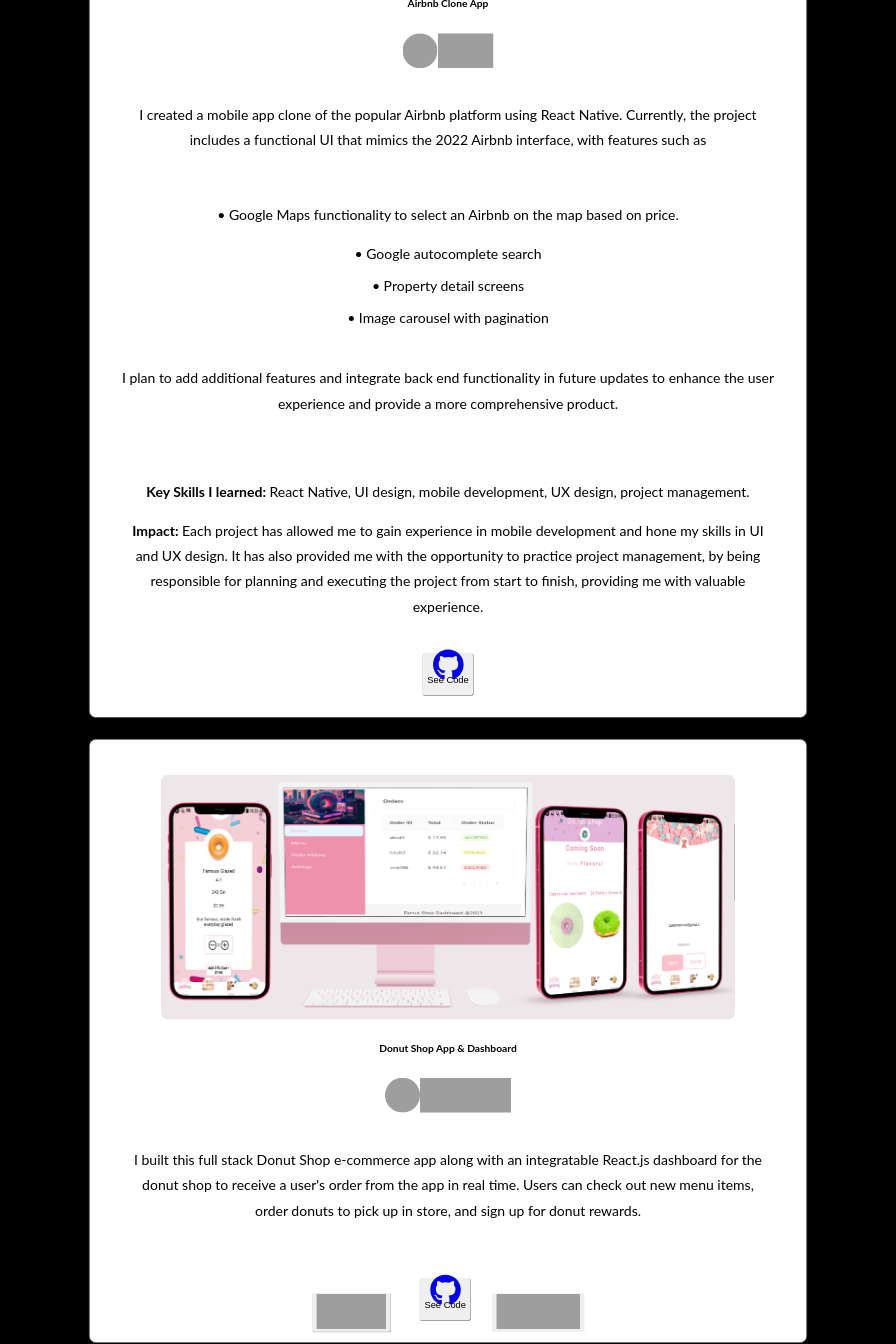
Repository: JamesPesenti/portfolio
Page: /
The author's editor kept a copy of each file at every save. The page is drawn from the files as they stood at one save, then again after the next save.
The browser window is 1280 px wide. The pictures show the part of the page from y = 1931 to 3851 px (the page is 6929 px tall), at 70% of full size.
Pictures or frames that could not be fetched are drawn as grey boxes. The project was rebuilt for these pictures with package versions that can differ from the ones it lists, and the page was loaded fresh each time. Imported but missing from the stored project, and not drawn on this page: src/Components/James Pesenti Resume 2023.pdf.

Above is the page before, as saved 2023-05-06 09:45:10.

### public/index.html
<!DOCTYPE html>
<html lang="en">
  <head>
    <meta charset="utf-8" />
    <link rel="" href="" />
    <meta name="viewport" content="width=device-width, initial-scale=1" />
    <meta name="theme-color" content="#000000" />
    <meta name="description" content="James Pesenti Portfolio 2022" />
    <link rel="apple-touch-icon" href="" />
    <link rel="manifest" href="%PUBLIC_URL%/manifest.json" />

    <title>Portfolio 2023</title>

  </head>
  <body>
    <div id="root"></div>
  </body>
</html>

### src/Components/Navbar.jsx
import React, {Component} from 'react'
import { FaGithub } from "react-icons/fa";
import { FaEnvelope } from "react-icons/fa";
import { FaFile } from "react-icons/fa";
import Pdf from "../Components/James Pesenti Resume 2023.pdf"


const Navbar = () => {
  return (
    <>
          <div className="navbar flex">
            <div className="container">
                <nav>
                  <ul style={{textAlign: "center", marginTop: 70, position: 'relative', left: 0, top: -2}}>
                    <li>
                      <a className="App-link"  href="mailto:jamespesenti91@gmail.com" target="_blank" rel="noopener noreferrer">
                      <FaEnvelope size={35} style={{display: "flex", textAlign: "center", marginLeft: 10}}/>
                          Contact
                      </a>
                    </li>
                    <li>
                      <a className="App-link" href="https://github.com/JamesPesenti" target="_blank" rel="noopener noreferrer">
                        <FaGithub size={35} style={{display: "flex", textAlign: "center", marginLeft: 10}} />
                        GitHub
                      </a>
                    </li>
                    <li>
                      <a className="App-link" href={Pdf} target="_blank" rel="noopener noreferrer">
                        <FaFile size={35} style={{display: "flex", textAlign: "center", marginLeft: 10}} />
                        Resume
                      </a>
                    </li>
                  </ul>
                </nav>
                {/* <h4 style={{color: "white", textAlign: 'center', marginBottom:-440}}>
                  See my work below and send a message to get in touch
                </h4> */}
            </div>
          </div>
    </>
  )
}

export default Navbar

### src/Components/AboutMe.jsx
import React from 'react'
import { FontAwesomeIcon } from '@fortawesome/react-fontawesome'
import { FaGithub } from "react-icons/fa";
import { FaMapPin } from "react-icons/fa";

const AboutMe = () => {
  return (
    <>

        <div style={{justifyContent: "center", textAlign: "center", color: "white", padding: 50,}}>
            {/* Spinning image  */}
            {/* <img style={{padding: 10, borderRadius: "50%", width: 200, height: 200,}} src="/images/IMG_1619.jpg" className="App-logo" alt="logo" /> */}
            <img style={{padding: 10, borderRadius: "50%", width: 200, height: 200,}} src="/images/IMG_1619.jpg" alt="logo" />
            <h1>I'm James Pesenti</h1>
            <h2>a Software Developer building mobile apps and websites</h2>
              <FaMapPin size={20} style={{position: "relative", top: 5, right: 65, }} />
              <h3 style={{marginTop: -24}}> Chicago, IL</h3>
        </div>

</>
  )
}

export default AboutMe

### src/Components/Scroll.jsx
import React from 'react'
import '../CSS/App.css';


const Scroll = () => {

  return (
    <>

        <div style={{marginBottom: 400, justifyContnent: 'center'}} id="section09" class="demo">
          <a href="#parallaxContainer">
            <span></span>
            Scroll down to see my work
          </a>
        </div>

    </>
  )
}

export default Scroll

### src/Components/MyProjects.jsx
import UberGoogleButton from "../Components/UberGoogleButton"
import AstonGoogleButton from "./AstonGoogleButton"
import AstonAppleButton from "./AstonAppleButton"
import BarceGoogleButton from "../Components/BarceGoogleButton"
import BarceAppleButton from "./BarceAppleButton"
import { FaGithub } from "react-icons/fa";

const MyProjects = () => {
  return (

  <>
    <div id="parallaxContainer">

    {/* Airbnb Clone */}
    <div style={{ justifyContent: 'center', alignItems: 'center',  width: "80%", borderRadius: 10}} className="box">
            <div>
                <img style={{ borderRadius: 10, marginTop: 50, marginBottom: -35, width: "48%", height: 350, transition: ".7s", }} src="images/mockrocket-capture (11).png" />
            </div>
            <h4 style={{textAlign: 'center'}}>Airbnb Clone App</h4>
                <div style={{flexDirection: "row", padding: 10, borderRadius: 10, marginBottom: -40,}}>
                  <img style={{width: 50, height: 50, borderRadius: 50}} src="https://i.pinimg.com/originals/8a/02/1a/8a021aa097236b42dd71fb731e3d894d.gif"/>
                  <img style={{width: 80, height: 50, }} src="https://www.datocms-assets.com/45470/1631026680-logo-react-native.png"  />
                  {/* <img style={{width: 50, height: 50, }} src="https://pbs.twimg.com/profile_images/1114309924551417856/FKA4cm2x_400x400.png"  /> */}
                </div>
            <p style={{fontSize: 20, textAlign: 'center', padding: 50, marginBottom: 0}}>I created a mobile app clone of the popular Airbnb platform using React Native. Currently, the project includes a functional UI that mimics the 2022 Airbnb interface, with features such as</p>
            <p style={{fontSize: 20, paddingHorizontal: 0}}> &#8226; Google Maps functionality to select an Airbnb on the map based on price.</p>
            <p style={{fontSize: 20, padding: 0, marginBottom: -10}}>&#8226; Google autocomplete search</p>
            <p style={{fontSize: 20, padding: 0, marginBottom: -10}}>&#8226; Property detail screens</p>
            <p style={{fontSize: 20,  padding: 0, marginBottom: -10}}>&#8226; Image carousel with pagination</p>
            <p style={{fontSize: 20, textAlign: 'center', padding: 40}}>I plan to add additional features and integrate back end functionality in future updates to enhance the user experience and provide a more comprehensive product.</p>
            <p style={{fontSize: 20, textAlign: 'center', padding: 30, marginBottom: -80}}><b> Key Skills I learned: </b>React Native, UI design, mobile development, UX design, project management.</p>
            <p style={{fontSize: 20, textAlign: 'center', padding: 50}}><b> Impact: </b> Each project has allowed me to gain experience in mobile development and hone my skills in UI and UX design. It has also provided me with the opportunity to practice project management, by being responsible for planning and executing the project from start to finish, providing me with valuable experience.</p>

            <div style={{flexDirection: "row"}}>
                {/* <UberGoogleButton  /> */}
                <button style={{marginTop: 10}} type="button" className="codeButton">
                  <a href="https://github.com/JamesPesenti/Airbnb" target="_blank" rel="noopener noreferrer">
                    <FaGithub  size={45} style={{ marginTop: -80, marginBottom: -25, justifyContent: "center", textAlign: "center"}} />
                  </a>
                  <p>See Code</p>
                </button>
                {/* <AstonAppleButton  /> */}
            </div>

        </div>


     {/* Donut Shop App */}
     <div style={{marginTop: 30, marginBottom: 20, justifyContent: 'center', alignItems: 'center',  width: "80%", borderRadius: 10}} className="box">
            <div>
                <img style={{ borderRadius: 10, marginTop: 50, width: "80%", height: 350, transition: ".7s", }} src="/images/appAndDashMock.png" />
            </div>
            <h4 style={{textAlign: 'center'}}>Donut Shop App & Dashboard</h4>
                <div style={{flexDirection: "row", padding: 10, borderRadius: 10, marginBottom: -40,}}>
                  <img style={{width: 50, height: 50, borderRadius: 50}} src="https://i.pinimg.com/originals/8a/02/1a/8a021aa097236b42dd71fb731e3d894d.gif"/>
                  <img style={{width: 80, height: 50, }} src="https://www.datocms-assets.com/45470/1631026680-logo-react-native.png"  />
                  <img style={{width: 50, height: 50, }} src="https://pbs.twimg.com/profile_images/1114309924551417856/FKA4cm2x_400x400.png"  />
                </div>
            <p style={{fontSize: 20,textAlign: 'center', padding: 50}}>I built this full stack Donut Shop e-commerce app along with an integratable React.js dashboard for the donut shop to receive a user's order from the app in real time. Users can check out new menu items, order donuts to pick up in store, and sign up for donut rewards.</p>

            <div style={{flexDirection: "row"}}>
                <UberGoogleButton  />
                <button style={{marginTop: 40}} type="button" className="codeButton">
                  <a href="https://github.com/JamesPesenti/Donut_Shop" target="_blank" rel="noopener noreferrer">
                    <FaGithub  size={45} style={{ marginTop: -80, marginBottom: -25, justifyContent: "center", textAlign: "center"}} />
                  </a>
                  <p>See Code</p>
                </button>
                <AstonAppleButton  />
            </div>

        </div>


    {/* Uber Eats App */}
    <div style={{marginTop: 80, marginBottom: 60, justifyContent: 'center', alignItems: 'center',  width: "80%", borderRadius: 10}} className="box">
            <div className="imgWrapper" style={{width: 480, height: 350}}>
                <img style={{ borderRadius: 5, marginTop: 50, width: "100%", height: 300, transition: ".7s", }} src="/images/UberEatsLast.png" />
            </div>
            <h4 style={{textAlign: 'center'}}>Uber Eats Clone App</h4>
                <div style={{flexDirection: "row", padding: 10, borderRadius: 10, marginBottom: -40,}}>
                  <img style={{width: 50, height: 50, borderRadius: 50}} src="https://i.pinimg.com/originals/8a/02/1a/8a021aa097236b42dd71fb731e3d894d.gif"/>
                  <img style={{width: 80, height: 50, }} src="https://www.datocms-assets.com/45470/1631026680-logo-react-native.png"  />
                  <img style={{width: 50, height: 50, }} src="https://pbs.twimg.com/profile_images/1114309924551417856/FKA4cm2x_400x400.png" />
                </div>
            <p style={{fontSize: 20,textAlign: 'center', padding: 50}}>A full stack React Native app inspired by the UberEats user app. I utilized AWS Amplify's datastore to configure the back end to query and save customer's orders and used Amazon Cognito for user registration, authentication, & account recovery.</p>

            <div style={{flexDirection: "row"}}>
                <UberGoogleButton  />
                <button style={{marginTop: 40}} type="button" className="codeButton">
                  <a href="https://github.com/JamesPesenti/UberEatsClone" target="_blank" rel="noopener noreferrer">
                    <FaGithub  size={45} style={{ marginTop: -80, marginBottom: -20, justifyContent: "center", textAlign: "center"}} />
                  </a>
                  <p>See Code</p>
                </button>
                <AstonAppleButton  />
            </div>

        </div>


     {/* Aston Waikiki App */}
       <div style={{marginTop: 80, marginBottom: 120, justifyContent: 'center', alignItems: 'center',  width: "80%", borderRadius: 10}} className="box">
            <div className="imgWrapper" style={{width: 450, height: 350}}>
                <img style={{ marginTop: 50, width: "100%", height: "auto", transition: ".7s", }} src="/images/astonmock.png" />
            </div>
            <h4 style={{textAlign: 'center'}}>Aston Waikiki Hotel UI</h4>
                <div style={{flexDirection: "row", padding: 10, borderRadius: 10, marginBottom: -40,}}>
                  <img style={{width: 50, height: 50, borderRadius: 50}} src="https://i.pinimg.com/originals/8a/02/1a/8a021aa097236b42dd71fb731e3d894d.gif"/>
                  <img style={{width: 80, height: 50, }} src="https://www.datocms-assets.com/45470/1631026680-logo-react-native.png"  />
                </div>
            <p style={{fontSize: 20,textAlign: 'center', padding: 50}}>A React Native UI design I created to reimagine the hotel Aston Waikiki Beach's website into a cross platform mobile app. I used most of the content and images from the current website and utilized both Bottom Tabs, Drawer navigation and other React Native libraries for a better user experience.</p>

            <div style={{flexDirection: "row"}}>
                <AstonGoogleButton  />
                <button style={{marginTop: 40}} type="button" className="codeButton">
                        <a href="https://github.com/JamesPesenti/AstonWaikikiBeachApp" target="_blank" rel="noopener noreferrer">
                            <FaGithub  size={45} style={{ marginTop: -80, marginBottom: -20, justifyContent: "center", textAlign: "center"}} />
                        </a>
                        <p>See Code</p>
                </button>
                <AstonAppleButton  />
            </div>

        </div>


    {/* Barcelona App */}
       <div style={{marginTop: 20, marginBottom: 120, justifyContent: 'center', alignItems: 'center',  width: "80%", borderRadius: 10}} className="box">
            <div className="imgWrapper" style={{width: 650, height: 300}}>
                <img style={{ marginTop: 30, width: "100%", height: 250, transition: ".7s", }} src="/images/barcelonamockup.png" />
            </div>
            <h4 style={{textAlign: 'center'}}>Barcelona Tourist App</h4>
                <div style={{flexDirection: "row", padding: 10, borderRadius: 10, marginBottom: -20,}}>
                <img style={{width: 80, height: 50,}} src="https://www.datocms-assets.com/45470/1631026680-logo-react-native.png"  />
                <img style={{width: 50, height: 50, borderRadius: 50}} src="https://i.pinimg.com/originals/8a/02/1a/8a021aa097236b42dd71fb731e3d894d.gif"/>
                </div>
            <p style={{fontSize: 20, textAlign: 'center', padding: 50}}>I created this React Native app for visitors of Barcelona Spain to save pictures and locations of their favorite places. I used pop-up modals for users to quickly get information on popular sights and used geolocation with google maps so users can save their location and select it on the map.</p>

            <div style={{flexDirection: "row"}}>
               <BarceAppleButton  />
                <button style={{marginTop: 40}} type="button" className="codeButton">
                        <a href="https://github.com/JamesPesenti/BarcelonaApp" target="_blank" rel="noopener noreferrer">
                            <FaGithub  size={45} style={{ marginTop: -80, marginBottom: -20, justifyContent: "center", textAlign: "center"}} />
                        </a>
                        <p>See Code</p>
                </button>
                <BarceGoogleButton  />
            </div>

        </div>

    {/* IAR React App */}
        {/* <div style={{marginBottom: 0, justifyContent: 'center', alignItems: 'center',  width: "80%", borderRadius: 10}} className="box">
            <img style={{ width: 600, height: 350, borderRadius: 10, borderWidth: 2, borderColor: "green"}} src="/images/innermock.png" />
            <h4 style={{textAlign: 'center'}}>Inner Aura Readings Website</h4>
            <div style={{flexDirection: "row", padding: 10, borderRadius: 10}}>
                <img src="https://www.logo.wine/a/logo/React_(web_framework)/React_(web_framework)-Logo.wine.svg" style={{width: 100, height: 50,}} />
                <img className="logoBox" src="https://cdn.pixabay.com/photo/2017/08/05/11/16/logo-2582747_1280.png" style={{width: 50, height: 50,}} />
            </div>
            <p style={{fontSize: 20, textAlign: 'center', padding: 50}}>This was the first official React.js web app that I developed. I made it for a friend who wanted to reach more customers with a mobile friendly website. I made multiple iterations and converted it into a PWA for offline operability with native like performance. </p>
            <button style={{marginTop: 0}} type="button" className="codeButton">
                        <a href="https://github.com/JamesPesenti/InnerAuraReadings2022" target="_blank" rel="noopener noreferrer">
                            <FaGithub  size={45} style={{ marginTop: -80, marginBottom: -20, justifyContent: "center", textAlign: "center"}} />
                        </a>
                        <p>See Code</p>
            </button>

        </div> */}


{/* REapp */}
        {/* <div style={{marginBottom: 100, justifyContent: 'center', alignItems: 'center',  width: "80%", borderRadius: 10,}} className="box">
        <img style={{marginTop: 50, width: 800, height: 350, borderRadius: 10, borderWidth: 2, borderColor: "green"}} src="/images/remockup.png" />
            <h4 style={{textAlign: 'center'}}>Real Estate Listing Website </h4>
            <div style={{flexDirection: "row", padding: 10, borderRadius: 10}}>
                <img src="https://www.logo.wine/a/logo/React_(web_framework)/React_(web_framework)-Logo.wine.svg" style={{width: 100, height: 50,}} />
                <img src="https://img.icons8.com/color/480/cloud-firestore.png" style={{width: 50, height: 50,}} />
                <img src="https://raw.githubusercontent.com/JamesPesenti/RealEstateApp/16b046b3d34b4a26468627e906dc503be8911b73/src/assets/svg/googleIcon.svg" style={{marginBottom: 8, width: 100, height: 30,}} />
            </div>
            <p style={{fontSize: 20, textAlign: 'center', padding: 50}}>Real Estate listing website built with React, FireStore database and Google OAuth to sign in with a google account. You can search listings for rent/sale and login to your account to create a listing and save offers. Inspiration and back-end code taken from Brad Traversey's React course I took on Udemy.</p>
            <button style={{marginTop: 40}} type="button" className="codeButton">
                        <a href="https://github.com/JamesPesenti/RealEstateApp" target="_blank" rel="noopener noreferrer">
                            <FaGithub  size={45} style={{ marginTop: -80, marginBottom: -20, justifyContent: "center", textAlign: "center"}} />
                        </a>
                        <p>See Code</p>
            </button>
        </div> */}

    </div>


    </>
  )
}

export default MyProjects

### src/Components/UberGoogleButton.jsx
import React from 'react'


const UberGoogleButton = () => {
  return (
    <>
    <button type="button" style={{marginRight: 40, borderWidth: .1, borderColor: '#efefef', borderRadius: 5}}>
        <a href="https://expo.dev/accounts/jimpesenti/projects/UberEats/builds/b9dfcb73-dd37-4009-b5f9-7d24a72b937d">
            <img style={{width: 100, height: 50, borderRadius: 0}} src="https://logos-world.net/wp-content/uploads/2020/12/Google-Play-Logo-500x281.png"/>
        </a>
    </button>
    </>
  )
}

export default UberGoogleButton

### src/Components/AstonGoogleButton.jsx
import React from 'react'


const AstonGoogleButton = () => {
  return (
    <>
    <button type="button" style={{marginRight: 40, borderWidth: .1, borderColor: '#efefef', borderRadius: 5}}>
        <a href="https://play.google.com/store/apps/details?id=com.jamespesenti91.astonwaikikibeach">
            <img style={{width: 100, height: 50, borderRadius: 0}} src="https://logos-world.net/wp-content/uploads/2020/12/Google-Play-Logo-500x281.png"/>
        </a>
    </button>
    </>
  )
}

export default AstonGoogleButton

### src/Components/AstonAppleButton.jsx
import React from 'react'

const AstonAppleButton = () => {
  return (
    <>
    <button type="submit" style={{marginLeft: 30, borderWidth: 0,}}  >
        <a href="">
            <img style={{width: 120, height: 50, borderRadius: 0}} src="https://images.squarespace-cdn.com/content/v1/5b549a7f3c3a53487c250f58/1597439116255-P7ME5MNOIWQLJS1X4CPP/Apple+App+Store+Logo+Button.png"/>
        </a>
    </button>
    </>
  )
}

export default AstonAppleButton

### src/Components/BarceGoogleButton.jsx
import React from 'react'


const BarceGoogleButton = () => {
  return (
    <>
    <button type="button" style={{marginLeft: 30, borderWidth: .1, borderColor: '#efefef', borderRadius: 5}}>
        <a href="https://play.google.com/store/apps/details?id=com.jamespesenti91.VisitBarcelona">
            <img style={{width: 100, height: 50, borderRadius: 0}} src="https://logos-world.net/wp-content/uploads/2020/12/Google-Play-Logo-500x281.png" alt="barceButton"/>
        </a>
    </button>
    </>
  )
}

export default BarceGoogleButton

### src/Components/BarceAppleButton.jsx
import React from 'react'

const BarceAppleButton = () => {
  return (
    <>
    <button type="submit" style={{marginRight: 30, borderWidth: 0,}}  >
        <a href="">
            <img style={{width: 120, height: 50, borderRadius: 0}} src="https://images.squarespace-cdn.com/content/v1/5b549a7f3c3a53487c250f58/1597439116255-P7ME5MNOIWQLJS1X4CPP/Apple+App+Store+Logo+Button.png"/>
        </a>
    </button>
    </>
  )
}

export default BarceAppleButton

Loaded but not shown: src/index.js (common file); src/reportWebVitals.js (common file); src/serviceWorkerRegistration.js (137 lines, source omitted); src/App.js (33 lines, source omitted); src/CSS/App.css (351 lines, source omitted); src/CSS/index.css (197 lines, source omitted)

After the next save:
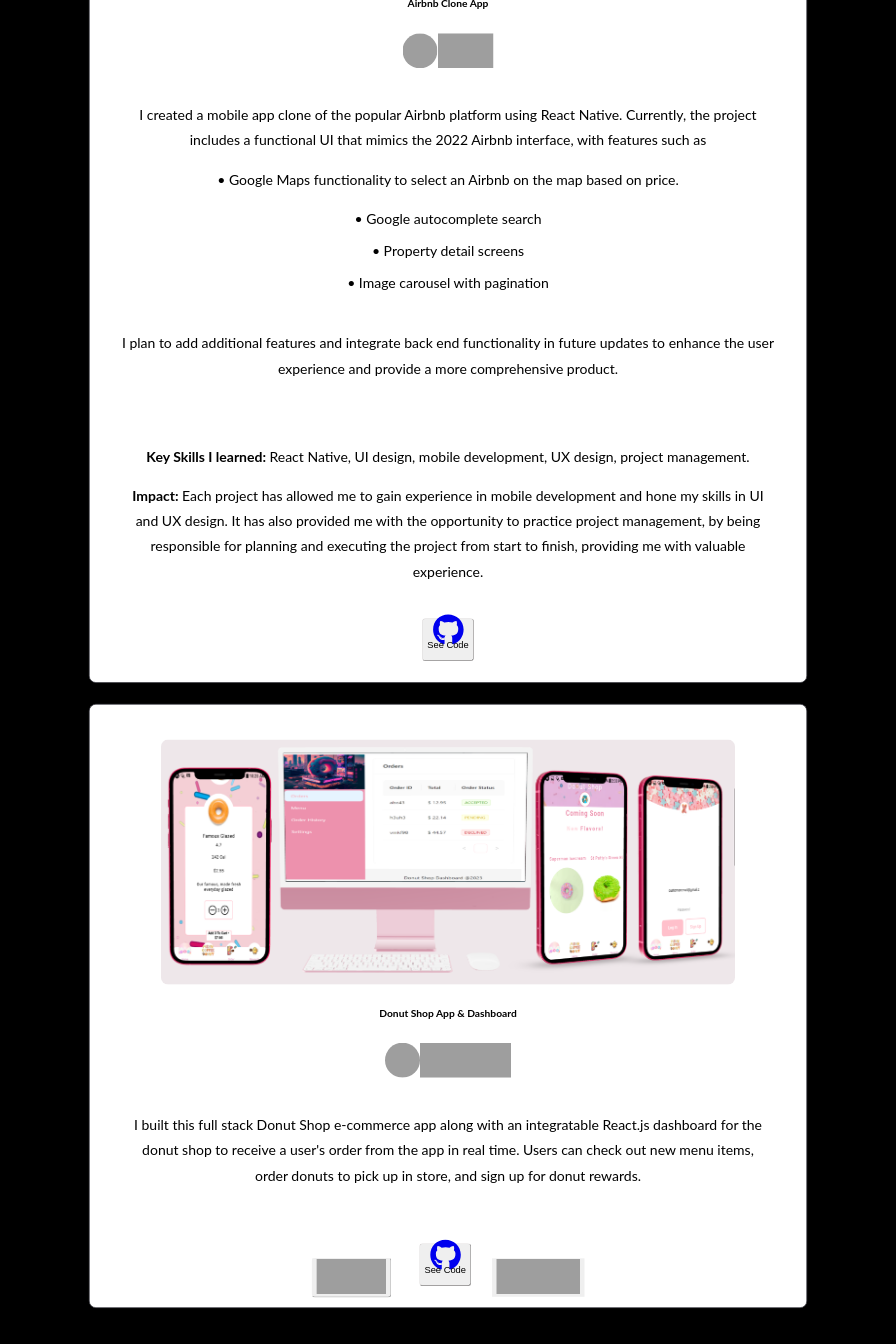
Saved 30 s later.
--- a/src/Components/MyProjects.jsx
+++ b/src/Components/MyProjects.jsx
@@ -22,7 +22,7 @@
                   <img style={{width: 80, height: 50, }} src="https://www.datocms-assets.com/45470/1631026680-logo-react-native.png"  />
                   {/* <img style={{width: 50, height: 50, }} src="https://pbs.twimg.com/profile_images/1114309924551417856/FKA4cm2x_400x400.png"  /> */}
                 </div>
-            <p style={{fontSize: 20, textAlign: 'center', padding: 50, marginBottom: 0}}>I created a mobile app clone of the popular Airbnb platform using React Native. Currently, the project includes a functional UI that mimics the 2022 Airbnb interface, with features such as</p>
+            <p style={{fontSize: 20, textAlign: 'center', padding: 50, marginBottom: -50}}>I created a mobile app clone of the popular Airbnb platform using React Native. Currently, the project includes a functional UI that mimics the 2022 Airbnb interface, with features such as</p>
             <p style={{fontSize: 20, paddingHorizontal: 0}}> &#8226; Google Maps functionality to select an Airbnb on the map based on price.</p>
             <p style={{fontSize: 20, padding: 0, marginBottom: -10}}>&#8226; Google autocomplete search</p>
             <p style={{fontSize: 20, padding: 0, marginBottom: -10}}>&#8226; Property detail screens</p>
